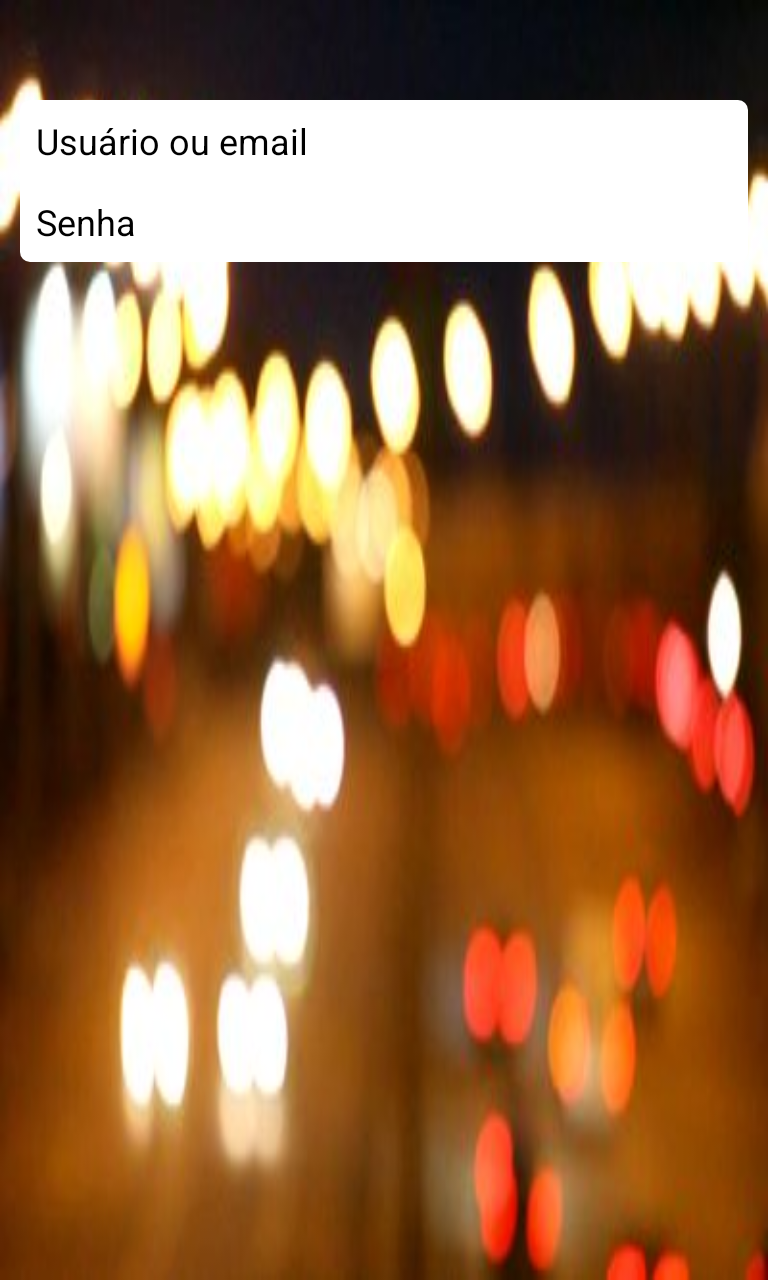
Repository: wellingtondessuy/AppLearning
Layout: HappyApp/res/layout/activity_login.xml
The author's editor kept a copy of each file at every save. The layout is drawn from the files as they stood at one save, then again after the next save.
It is drawn on a 768 x 1280 px phone screen (xhdpi) without system bars, with theme AppTheme; the app's code is not run. The app's manifest (not shown) leaves right-to-left support off. So textAlignment, textDirection and layoutDirection are ignored, and left and right values win over start and end ones.

Above is the layout before, as saved 2015-05-22 19:22:27.

After the next save:
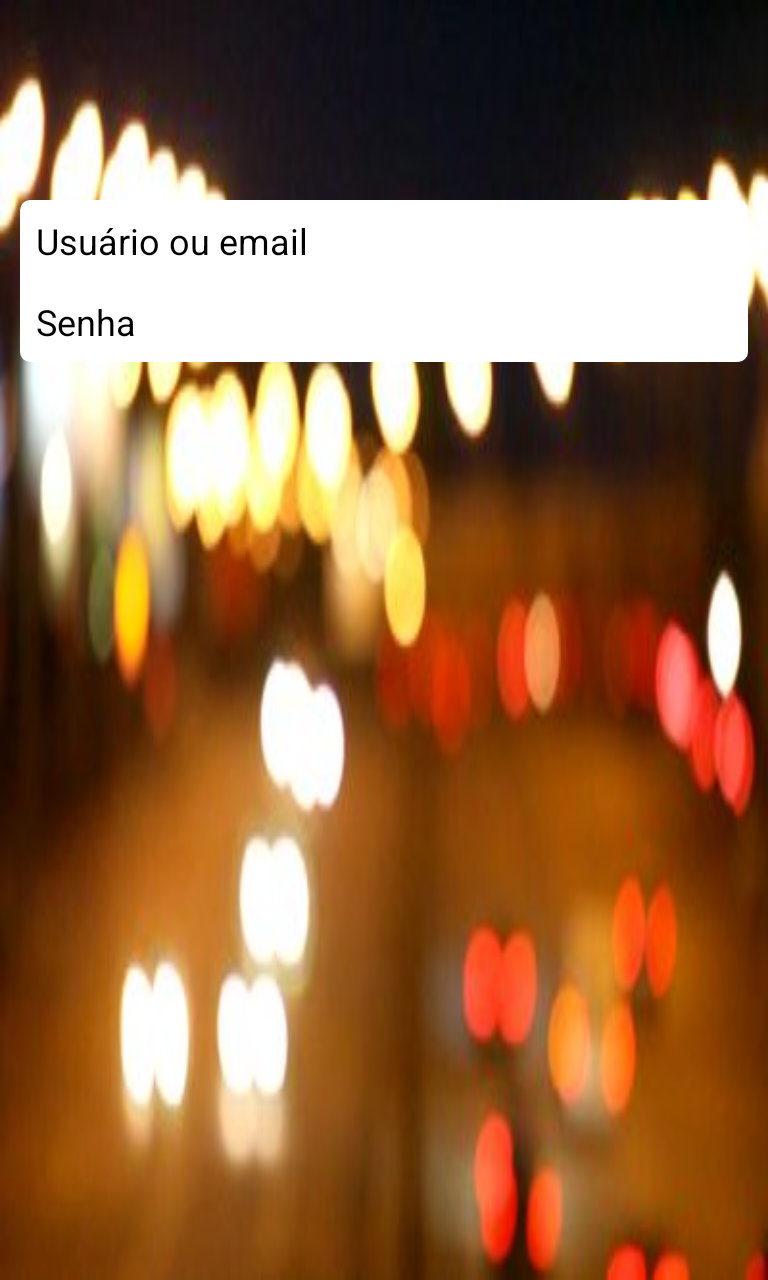
Saved 8 s later.
--- a/HappyApp/res/layout/activity_login.xml
+++ b/HappyApp/res/layout/activity_login.xml
@@ -12,7 +12,7 @@
         android:textColorHint="#000000"
         android:layout_width="match_parent"
         android:layout_height="wrap_content"
-		android:layout_marginTop="50dp"
+		android:layout_marginTop="100dp"
         android:layout_marginLeft="10dp"
         android:layout_marginStart="10dp"
         android:layout_marginRight="10dp"
